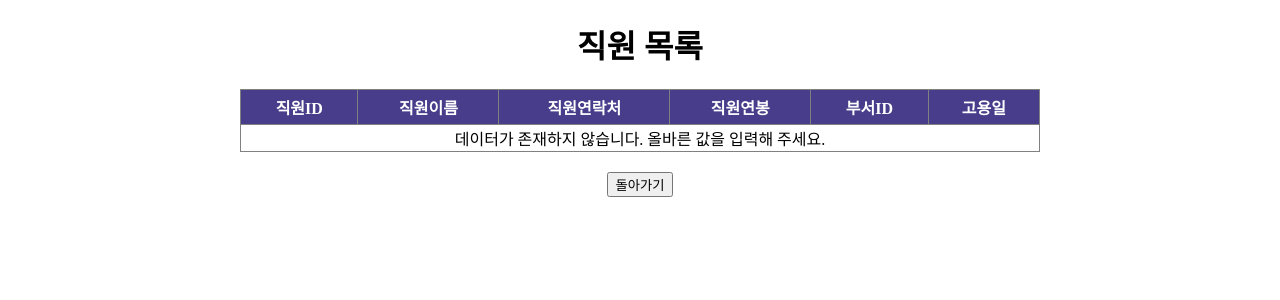
Repository: jongmin0919/soldesk_project
Page: http://localhost/chapter16_search/searchOne.jsp
An editor plug-in stored every save of this project. The page is shown before and after the next save, followed by the edit.
The browser window is 1280 px wide. The pictures show the whole page.
The page is served by Tomcat 9. The template is opened directly, without the code that normally fills it, so the values that code supplies are empty.

Above is the page before, as saved 2024-08-15 10:57:25.

After the next save:
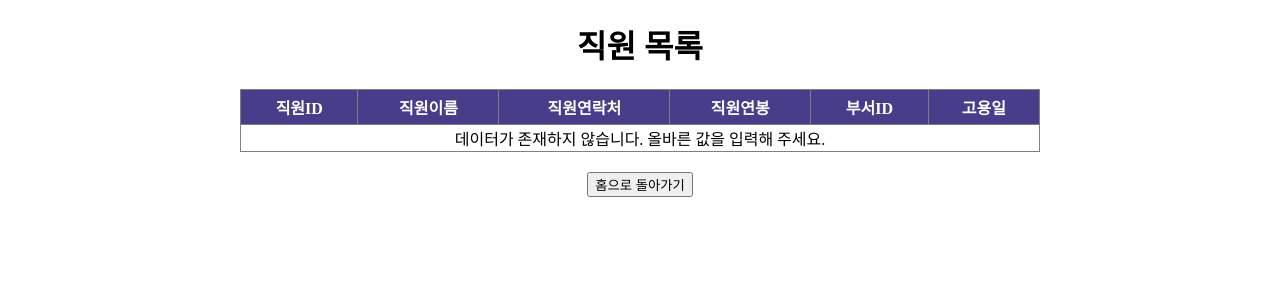
Saved 21 s later.
--- a/searching_project/chapter16_search/WebContent/searchOne.jsp
+++ b/searching_project/chapter16_search/WebContent/searchOne.jsp
@@ -67,7 +67,7 @@
                 </c:choose>
             </tbody>
         </table>
-        <button style = "margin-top : 20px;" >돌아가기</button>
+        <button style = "margin-top : 20px;" >홈으로 돌아가기</button>
     </div>
 </body>
 </html>
